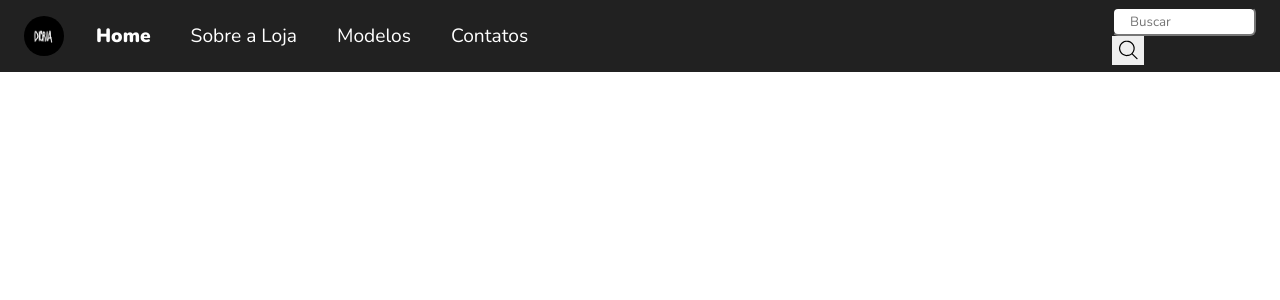
Repository: analessp/dicriastreet
Page: index.html
The author's editor kept a copy of each file at every save. The page is drawn from the files as they stood at one save, then again after the next save.
The browser window is 1280 px wide. The pictures show the whole page.

Above is the page before, as saved 2025-04-17 12:46:19.

### index.html
<!DOCTYPE html>
<html lang="pt-BR">

<head>
    <meta charset="UTF-8">
    <meta name="viewport" content="width=device-width, initial-scale=1.0">
    <title>dicriastreet</title>
    <link rel="preconnect" href="https://fonts.googleapis.com">
    <link rel="preconnect" href="https://fonts.gstatic.com" crossorigin>
    <link
        href="https://fonts.googleapis.com/css2?family=Nunito:ital,wght@0,200..1000;1,200..1000&family=Outfit:wght@100..900&display=swap"
        rel="stylesheet">
    <link rel="stylesheet" href="style.css">
</head>

<body>
    <header>
        <nav id="header-nav">
            <img src="/assets/logo.png" alt="Logo dicriastreet" id="header-logo">
            <ul>
                <li>Home</li>
                <li>Sobre a Loja</li>
                <li>Modelos</li>
                <li>Contatos</li>
            </ul>
            </nav>
            <div id="header-search-bar">
                <input type="text" placeholder="Buscar">
                <button>
                    <img id="search-icon" src="/assets/search.svg" alt="Imagem de uma lupa">
            </div>
    </header>
    <main>

    </main>
    <footer>

    </footer>
</body>

</html>

### style.css
:root {
    --background-color: #000000;
    --font-color: #ffffff;
    --primary-color: #adaaaa;
    --secondary-color: #212121;
}

* {
    margin: 0;
    padding: 0;
    font-family: "Nunito", sans-serif;
}

body {
    height: 100vh;
}

header {
    display: flex;
    align-items: center;
    justify-content: space-between;
    height: 3.5rem;
    background-color: var(--secondary-color);
    color: var(--font-color);
    gap: 1.5rem;
    padding: 0.5rem 1.5rem;
}

#header-nav {
    display: flex;
    align-items: center;
    gap: 2rem;
}

#header-logo {
    width: 2.5rem;
    height: fit-content;
    border-radius: 100%;
}


#header-nav ul {
    display: flex;
    color: var(--var-secondary-color);
    font-size: 1.2rem;
    list-style: none;
    gap: 2.5rem;
}

#header-nav ul li:first-child {
    color: var(--font-color);
    font-weight: 900;
}

#header-seach-bar {
    position: relative;
    width: 10rem;
}

#header-search-bar input {
    border-radius: 6px;
    height: 1.8rem;
    width: 9rem;
    padding: 0 1rem;
    box-sizing: border-box;
}

#header-search-bar button {
    cursor: pointer;
    display: flex;
    align-items: center;
    justify-content: center;
    height: 1.8rem;
    width: 2rem;
    border-radius: 16x;
    padding: 0.2rem 0.5rem;
    border: none;
    right: 0.8rem;
    top: 0.1rem;

    &:active {
        transform: scale(0.9);
        background-color: var(--secondary-color);
    }
}

After the next save:
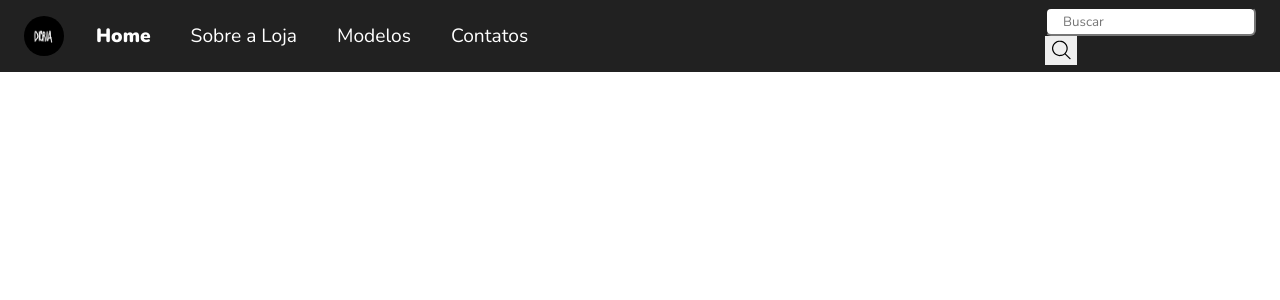
Saved 7 s later.
--- a/style.css
+++ b/style.css
@@ -60,7 +60,7 @@
 #header-search-bar input {
     border-radius: 6px;
     height: 1.8rem;
-    width: 9rem;
+    width: 9;
     padding: 0 1rem;
     box-sizing: border-box;
 }

After the save that followed:
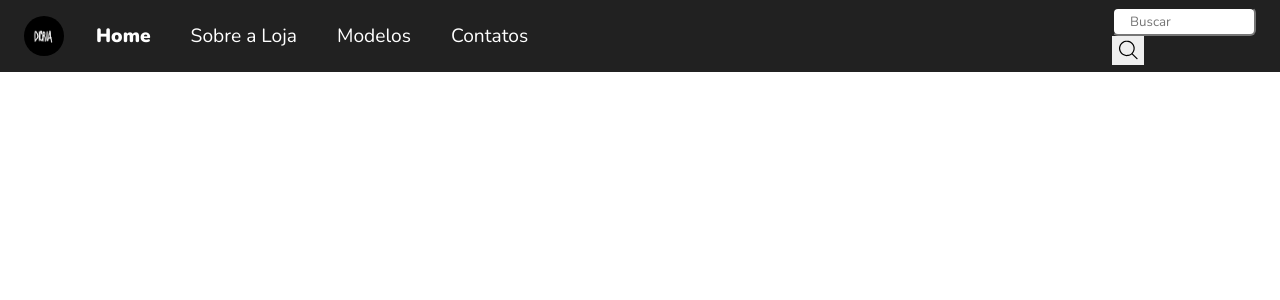
Saved 5 s later.
--- a/style.css
+++ b/style.css
@@ -60,7 +60,7 @@
 #header-search-bar input {
     border-radius: 6px;
     height: 1.8rem;
-    width: 9;
+    width: 9rem;
     padding: 0 1rem;
     box-sizing: border-box;
 }
